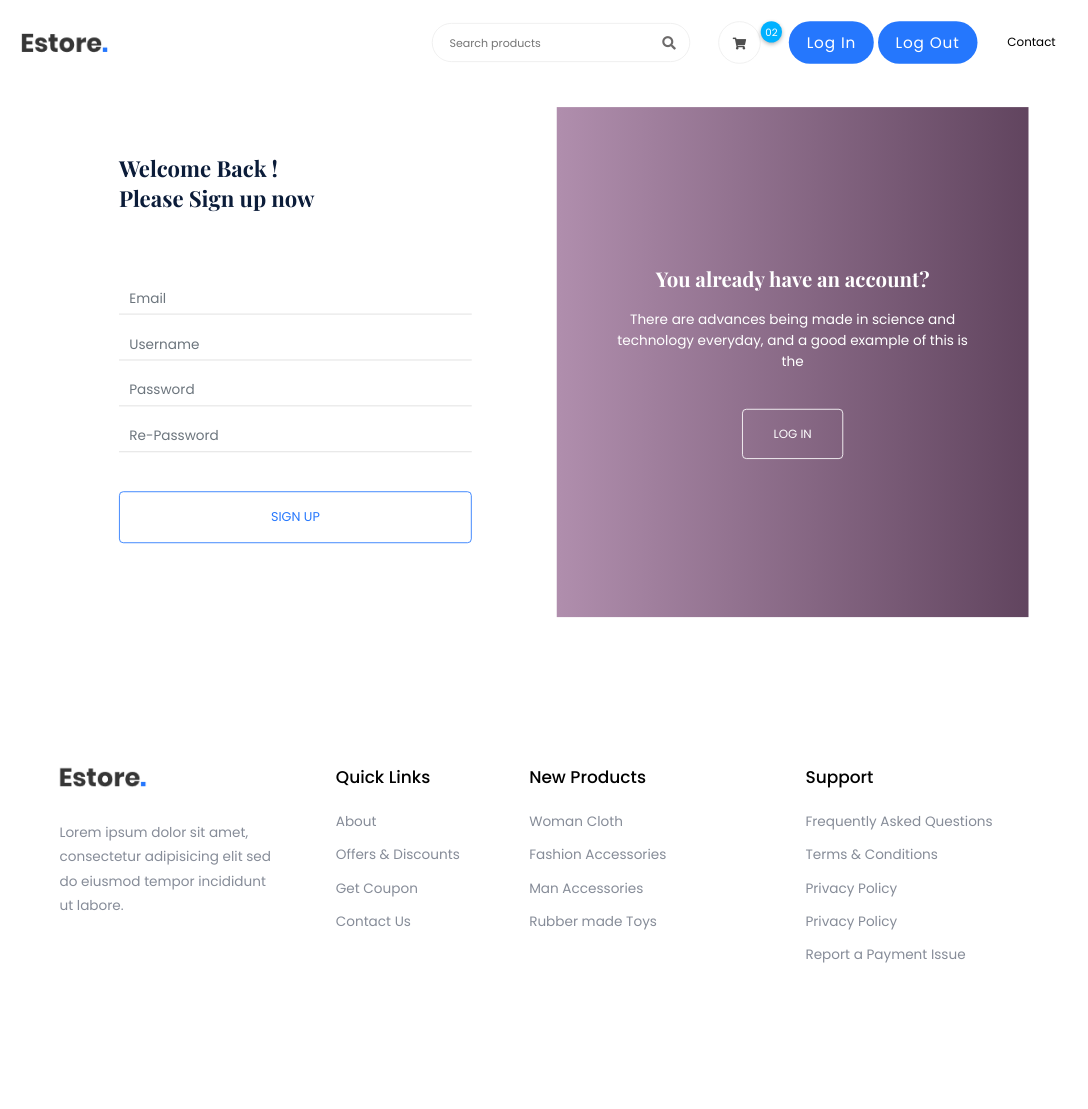
Repository: tuanloc782004/Estore-Bookshop-Website
Page: http://localhost/auth/register
These files come from the project's save history. The page is drawn as it stood at one moment and after the next save; the edit follows.
The browser window is 1280 px wide. The pictures show the whole page, at 85% of full size.
Some web fonts or font styles are not loaded; a fallback is used. The page is this project's Thymeleaf template; nobody is signed in. Other server files are loaded and not shown. The template is opened directly, without the code that normally fills it, so the values that code supplies are empty.

Above is the page before, as saved 2024-10-27 04:21:27.

### myscp/src/main/resources/templates/auth/register.html
<!doctype html>
<html lang="zxx" xmlns:th="http://www.thymeleaf.org"
	xmlns:sec="https://www.thymeleaf.org/extras/spring-security6">

<head th:replace="user/layout/head::head"></head>

<body>

	<div th:replace="user/layout/preloader-start::preloader-start"></div>

	<header th:replace="user/layout/header::header"></header>

	<!--================login_part Area =================-->
	<section class="login_part">
		<div class="container">
			<div class="row align-items-center">
				<div class="col-lg-6 col-md-6">
					<div class="login_part_form">
						<div class="login_part_form_iner">
							<div th:if="${param.error}">Invalid username and password.
							</div>
							<div th:if="${param.logout}">You have been logged out.</div>
							<h3>
								Welcome Back ! <br> Please Sign up now
							</h3>
							<form class="row contact_form" th:action="@{/register}"
								method="post" novalidate="novalidate">
								<div class="col-md-12 form-group p_star">
									<input type="email" class="form-control" id="email"
										name="email" value="" placeholder="Email">
								</div>
								<div class="col-md-12 form-group p_star">
									<input type="text" class="form-control" id="name"
										name="username" value="" placeholder="Username">
								</div>
								<div class="col-md-12 form-group p_star">
									<input type="password" class="form-control" id="password"
										name="password" value="" placeholder="Password">
								</div>
								<div class="col-md-12 form-group p_star">
									<input type="password" class="form-control" id="rePassword"
										name="rePassword" value="" placeholder="Re-Password">
								</div>
								<div class="col-md-12 form-group">
									<button type="submit" value="submit" class="btn_3">
										Sign up</button>
								</div>
							</form>
						</div>
					</div>
				</div>
				<div class="col-lg-6 col-md-6">
					<div class="login_part_text text-center">
						<div class="login_part_text_iner">
							<h2>You already have an account?</h2>
							<p>There are advances being made in science and technology
								everyday, and a good example of this is the</p>
							<a th:href="@{/login}" class="btn_3">Log in</a>
						</div>
					</div>
				</div>
			</div>
		</div>
	</section>
	<!--================login_part end =================-->

	<footer th:replace="user/layout/footer::footer"></footer>

	<div th:replace="user/layout/script::script"></div>

</body>

</html>

### myscp/src/main/resources/templates/user/layout/head.html
<head th:fragment="head">
<meta charset="utf-8">
<meta http-equiv="x-ua-compatible" content="ie=edge">
<title>Estore</title>
<meta name="description" content="">
<meta name="viewport" content="width=device-width, initial-scale=1">
<link rel="manifest" href="site.webmanifest">
<link rel="shortcut icon" type="image/x-icon"
	th:href="@{/assets/img/favicon.ico}">

<!-- CSS here -->
<link rel="stylesheet" th:href="@{/assets/css/bootstrap.min.css}">
<link rel="stylesheet" th:href="@{/assets/css/owl.carousel.min.css}">
<link rel="stylesheet" th:href="@{/assets/css/flaticon.css}">
<link rel="stylesheet" th:href="@{/assets/css/slicknav.css}">
<link rel="stylesheet" th:href="@{/assets/css/animate.min.css}">
<link rel="stylesheet" th:href="@{/assets/css/magnific-popup.css}">
<link rel="stylesheet" th:href="@{/assets/css/fontawesome-all.min.css}">
<link rel="stylesheet" th:href="@{/assets/css/themify-icons.css}">
<link rel="stylesheet" th:href="@{/assets/css/slick.css}">
<link rel="stylesheet" th:href="@{/assets/css/nice-select.css}">
<link rel="stylesheet" th:href="@{/assets/css/style.css}">
</head>

### myscp/src/main/resources/templates/user/layout/preloader-start.html
<!-- Preloader Start -->
<div id="preloader-active" th:fragment="preloader-start">
	<div class="preloader d-flex align-items-center justify-content-center">
		<div class="preloader-inner position-relative">
			<div class="preloader-circle"></div>
			<div class="preloader-img pere-text">
				<img th:src="@{/assets/img/logo/logo.png}" alt="">
			</div>
		</div>
	</div>
</div>
<!-- Preloader Start -->

### myscp/src/main/resources/templates/user/layout/header.html
<header th:fragment="header">
	<!-- Header Start -->
	<div class="header-area">
		<div class="main-header ">
			<div class="header-bottom  header-sticky">
				<div class="container-fluid">
					<div class="row align-items-center">
						<!-- Logo -->
						<div class="col-xl-1 col-lg-1 col-md-1 col-sm-3">
							<div class="logo">
								<a th:href="@{/}"><img th:src="@{/assets/img/logo/logo.png}"
									alt=""></a>
							</div>
						</div>
						<div class="col-xl-10 col-lg-10 col-md-10 col-sm-6">
							<ul
								class="header-right f-right d-flex justify-content-between align-items-center">
								<li class="d-none d-xl-block">
									<div class="form-box f-right ">
										<input type="text" name="Search" placeholder="Search products">
										<div class="search-icon">
											<i class="fas fa-search special-tag"></i>
										</div>
									</div>
								</li>
								<li>
									<div class="shopping-card">
										<a href="cart.html"><i class="fas fa-shopping-cart"></i></a>
									</div>
								</li>
								<li class="d-none d-lg-block"><sec:authorize
										access="isAnonymous()">
										<a th:href="@{/login}" class="btn header-btn">Log in</a>
									</sec:authorize> <sec:authorize access="isAuthenticated()">
										<a th:href="@{/logout}" class="btn header-btn">Log out</a>
									</sec:authorize></li>
							</ul>
						</div>


						<div class="col-xl-1 col-lg-1 col-md-1 col-sm-3">
							<!-- Main-menu -->
							<div class="main-menu f-right d-none d-lg-block">
								<nav>
									<ul id="navigation">
										<li><a href="contact.html">Contact</a></li>
									</ul>
								</nav>
							</div>
						</div>
						<!-- Mobile Menu -->
						<div class="col-12">
							<div class="mobile_menu d-block d-lg-none"></div>
						</div>
					</div>
				</div>
			</div>
		</div>
	</div>
	<!-- Header End -->
</header>

### myscp/src/main/resources/templates/user/layout/footer.html
<footer th:fragment="footer">

	<!-- Footer Start-->
	<div class="footer-area footer-padding">
		<div class="container">
			<div class="row d-flex justify-content-between">
				<div class="col-xl-3 col-lg-3 col-md-5 col-sm-6">
					<div class="single-footer-caption mb-50">
						<div class="single-footer-caption mb-30">
							<!-- logo -->
							<div class="footer-logo">
								<a href="index.html"><img
									th:src="@{/assets/img/logo/logo2_footer.png}" alt=""></a>
							</div>
							<div class="footer-tittle">
								<div class="footer-pera">
									<p>Lorem ipsum dolor sit amet, consectetur adipisicing elit
										sed do eiusmod tempor incididunt ut labore.</p>
								</div>
							</div>
						</div>
					</div>
				</div>
				<div class="col-xl-2 col-lg-3 col-md-3 col-sm-5">
					<div class="single-footer-caption mb-50">
						<div class="footer-tittle">
							<h4>Quick Links</h4>
							<ul>
								<li><a href="#">About</a></li>
								<li><a href="#"> Offers & Discounts</a></li>
								<li><a href="#"> Get Coupon</a></li>
								<li><a href="#"> Contact Us</a></li>
							</ul>
						</div>
					</div>
				</div>
				<div class="col-xl-3 col-lg-3 col-md-4 col-sm-7">
					<div class="single-footer-caption mb-50">
						<div class="footer-tittle">
							<h4>New Products</h4>
							<ul>
								<li><a href="#">Woman Cloth</a></li>
								<li><a href="#">Fashion Accessories</a></li>
								<li><a href="#"> Man Accessories</a></li>
								<li><a href="#"> Rubber made Toys</a></li>
							</ul>
						</div>
					</div>
				</div>
				<div class="col-xl-3 col-lg-3 col-md-5 col-sm-7">
					<div class="single-footer-caption mb-50">
						<div class="footer-tittle">
							<h4>Support</h4>
							<ul>
								<li><a href="#">Frequently Asked Questions</a></li>
								<li><a href="#">Terms & Conditions</a></li>
								<li><a href="#">Privacy Policy</a></li>
								<li><a href="#">Privacy Policy</a></li>
								<li><a href="#">Report a Payment Issue</a></li>
							</ul>
						</div>
					</div>
				</div>
			</div>
		</div>
	</div>
	<!-- Footer End-->

</footer>

### myscp/src/main/resources/templates/user/layout/script.html
<div th:fragment="script">
	<!-- JS here -->

	<!-- All JS Custom Plugins Link Here here -->
	<script th:src="@{/assets/js/vendor/modernizr-3.5.0.min.js}"></script>
	<!-- Jquery, Popper, Bootstrap -->
	<script th:src="@{/assets/js/vendor/jquery-1.12.4.min.js}"></script>
	<script th:src="@{/assets/js/popper.min.js}"></script>
	<script th:src="@{/assets/js/bootstrap.min.js}"></script>
	<!-- Jquery Mobile Menu -->
	<script th:src="@{/assets/js/jquery.slicknav.min.js}"></script>

	<!-- Jquery Slick , Owl-Carousel Plugins -->
	<script th:src="@{/assets/js/owl.carousel.min.js}"></script>
	<script th:src="@{/assets/js/slick.min.js}"></script>

	<!-- One Page, Animated-HeadLin -->
	<script th:src="@{/assets/js/wow.min.js}"></script>
	<script th:src="@{/assets/js/animated.headline.js}"></script>
	<script th:src="@{/assets/js/jquery.magnific-popup.js}"></script>

	<!-- Scrollup, nice-select, sticky -->
	<script th:src="@{/assets/js/jquery.scrollUp.min.js}"></script>
	<script th:src="@{/assets/js/jquery.nice-select.min.js}"></script>
	<script th:src="@{/assets/js/jquery.sticky.js}"></script>
	<script src="./assets/js/jquery.magnific-popup.js"></script>

	<!-- contact js -->
	<script th:src="@{/assets/js/contact.js}"></script>
	<script th:src="@{/assets/js/jquery.form.js}"></script>
	<script th:src="@{/assets/js/jquery.validate.min.js}"></script>
	<script th:src="@{/assets/js/mail-script.js}"></script>
	<script th:src="@{/assets/js/jquery.ajaxchimp.min.js}"></script>

	<!-- Jquery Plugins, main Jquery -->
	<script th:src="@{/assets/js/plugins.js}"></script>
	<script th:src="@{/assets/js/main.js}"></script>
</div>

### myscp/src/main/resources/static/assets/js/contact.js
$(document).ready(function(){

    (function($) {
        "use strict";


    jQuery.validator.addMethod('answercheck', function (value, element) {
        return this.optional(element) || /^\bcat\b$/.test(value)
    }, "type the correct answer -_-");

    // validate contactForm form
    $(function() {
        $('#contactForm').validate({
            rules: {
                name: {
                    required: true,
                    minlength: 2
                },
                subject: {
                    required: true,
                    minlength: 4
                },
                number: {
                    required: true,
                    minlength: 5
                },
                email: {
                    required: true,
                    email: true
                },
                message: {
                    required: true,
                    minlength: 20
                }
            },
            messages: {
                name: {
                    required: "come on, you have a name, don't you?",
                    minlength: "your name must consist of at least 2 characters"
                },
                subject: {
                    required: "come on, you have a subject, don't you?",
                    minlength: "your subject must consist of at least 4 characters"
                },
                number: {
                    required: "come on, you have a number, don't you?",
                    minlength: "your Number must consist of at least 5 characters"
                },
                email: {
                    required: "no email, no message"
                },
                message: {
                    required: "um...yea, you have to write something to send this form.",
                    minlength: "thats all? really?"
                }
            },
            submitHandler: function(form) {
                $(form).ajaxSubmit({
                    type:"POST",
                    data: $(form).serialize(),
                    url:"contact_process.php",
                    success: function() {
                        $('#contactForm :input').attr('disabled', 'disabled');
                        $('#contactForm').fadeTo( "slow", 1, function() {
                            $(this).find(':input').attr('disabled', 'disabled');
                            $(this).find('label').css('cursor','default');
                            $('#success').fadeIn()
                            $('.modal').modal('hide');
		                	$('#success').modal('show');
                        })
                    },
                    error: function() {
                        $('#contactForm').fadeTo( "slow", 1, function() {
                            $('#error').fadeIn()
                            $('.modal').modal('hide');
		                	$('#error').modal('show');
                        })
                    }
                })
            }
        })
    })

 })(jQuery)
})

### myscp/src/main/resources/static/assets/js/mail-script.js
    // -------   Mail Send ajax

     $(document).ready(function() {
        var form = $('#myForm'); // contact form
        var submit = $('.submit-btn'); // submit button
        var alert = $('.alert-msg'); // alert div for show alert message

        // form submit event
        form.on('submit', function(e) {
            e.preventDefault(); // prevent default form submit

            $.ajax({
                url: 'mail.php', // form action url
                type: 'POST', // form submit method get/post
                dataType: 'html', // request type html/json/xml
                data: form.serialize(), // serialize form data
                beforeSend: function() {
                    alert.fadeOut();
                    submit.html('Sending....'); // change submit button text
                },
                success: function(data) {
                    alert.html(data).fadeIn(); // fade in response data
                    form.trigger('reset'); // reset form
                    submit.attr("style", "display: none !important");; // reset submit button text
                },
                error: function(e) {
                    console.log(e)
                }
            });
        });
    });

### myscp/src/main/resources/static/assets/js/plugins.js
// Avoid `console` errors in browsers that lack a console.
(function() {
    var method;
    var noop = function () {};
    var methods = [
        'assert', 'clear', 'count', 'debug', 'dir', 'dirxml', 'error',
        'exception', 'group', 'groupCollapsed', 'groupEnd', 'info', 'log',
        'markTimeline', 'profile', 'profileEnd', 'table', 'time', 'timeEnd',
        'timeline', 'timelineEnd', 'timeStamp', 'trace', 'warn'
    ];
    var length = methods.length;
    var console = (window.console = window.console || {});

    while (length--) {
        method = methods[length];

        // Only stub undefined methods.
        if (!console[method]) {
            console[method] = noop;
        }
    }
}());

// Place any jQuery/helper plugins in here.

Loaded but not shown: myscp/src/main/resources/static/assets/css/bootstrap.min.css (library); myscp/src/main/resources/static/assets/css/owl.carousel.min.css (common file); myscp/src/main/resources/static/assets/css/flaticon.css (common file); myscp/src/main/resources/static/assets/css/slicknav.css (common file); myscp/src/main/resources/static/assets/css/animate.min.css (library); myscp/src/main/resources/static/assets/css/magnific-popup.css (library); myscp/src/main/resources/static/assets/css/fontawesome-all.min.css (library); myscp/src/main/resources/static/assets/css/themify-icons.css (common file); myscp/src/main/resources/static/assets/css/slick.css (common file); myscp/src/main/resources/static/assets/css/nice-select.css (common file); myscp/src/main/resources/static/assets/css/style.css (library); myscp/src/main/resources/static/assets/js/popper.min.js (library); myscp/src/main/resources/static/assets/js/bootstrap.min.js (library); myscp/src/main/resources/static/assets/js/jquery.slicknav.min.js (library); myscp/src/main/resources/static/assets/js/owl.carousel.min.js (library); myscp/src/main/resources/static/assets/js/slick.min.js (library); myscp/src/main/resources/static/assets/js/wow.min.js (library); myscp/src/main/resources/static/assets/js/animated.headline.js (common file); myscp/src/main/resources/static/assets/js/jquery.magnific-popup.js (library); myscp/src/main/resources/static/assets/js/jquery.scrollUp.min.js (common file); myscp/src/main/resources/static/assets/js/jquery.nice-select.min.js (common file); myscp/src/main/resources/static/assets/js/jquery.sticky.js (library); myscp/src/main/resources/static/assets/js/jquery.form.js (library); myscp/src/main/resources/static/assets/js/jquery.validate.min.js (library); myscp/src/main/resources/static/assets/js/jquery.ajaxchimp.min.js (library); myscp/src/main/resources/static/assets/js/main.js (520 lines, source omitted)

After the next save:
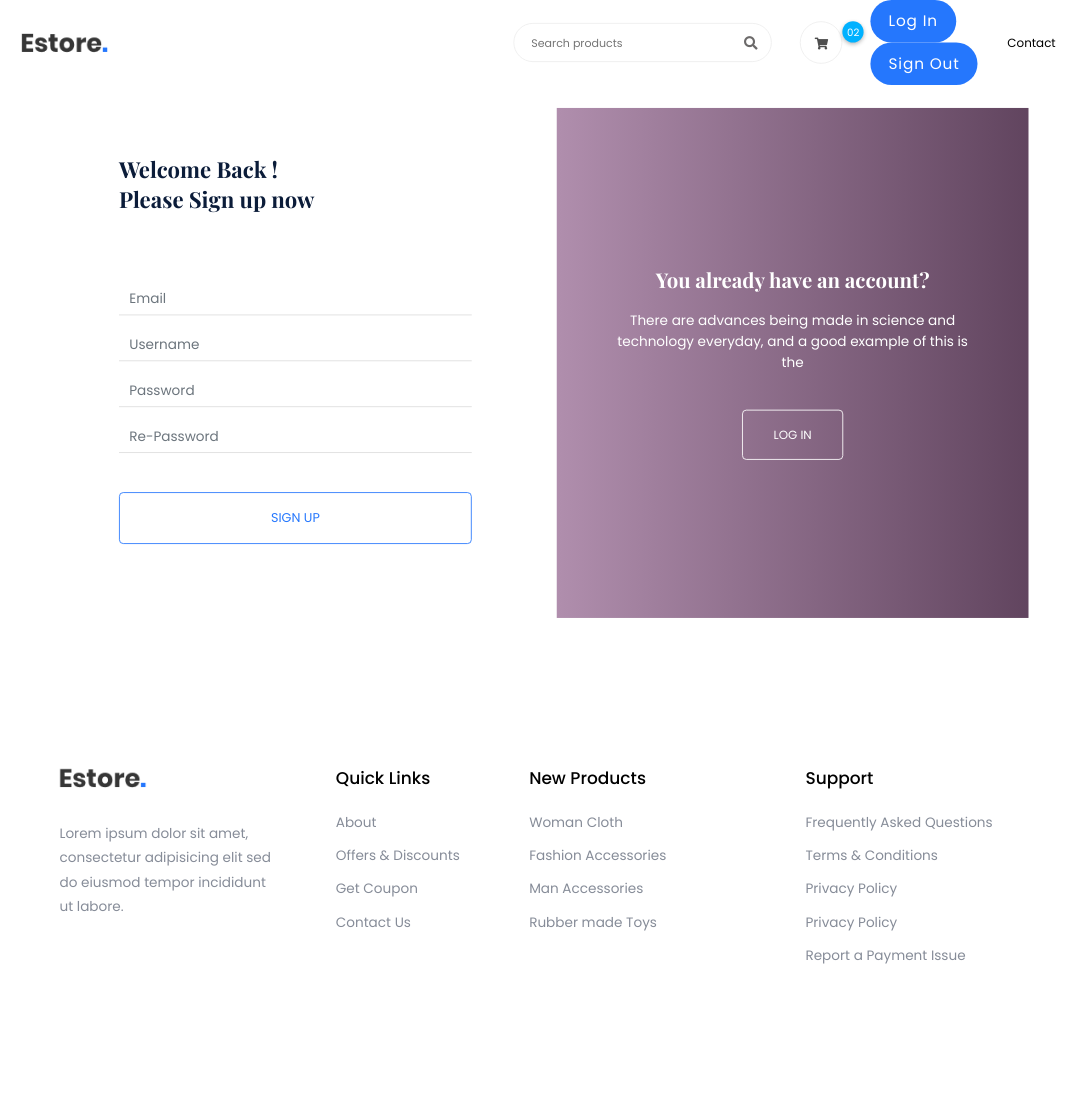
Saved 2 min 3 s later.
--- a/myscp/src/main/resources/templates/user/layout/header.html
+++ b/myscp/src/main/resources/templates/user/layout/header.html
@@ -32,7 +32,9 @@
 										access="isAnonymous()">
 										<a th:href="@{/login}" class="btn header-btn">Log in</a>
 									</sec:authorize> <sec:authorize access="isAuthenticated()">
-										<a th:href="@{/logout}" class="btn header-btn">Log out</a>
+										<form th:action="@{/logout}" method="post">
+											<input type="submit" value="Sign out" class="btn header-btn" />
+										</form>
 									</sec:authorize></li>
 							</ul>
 						</div>
